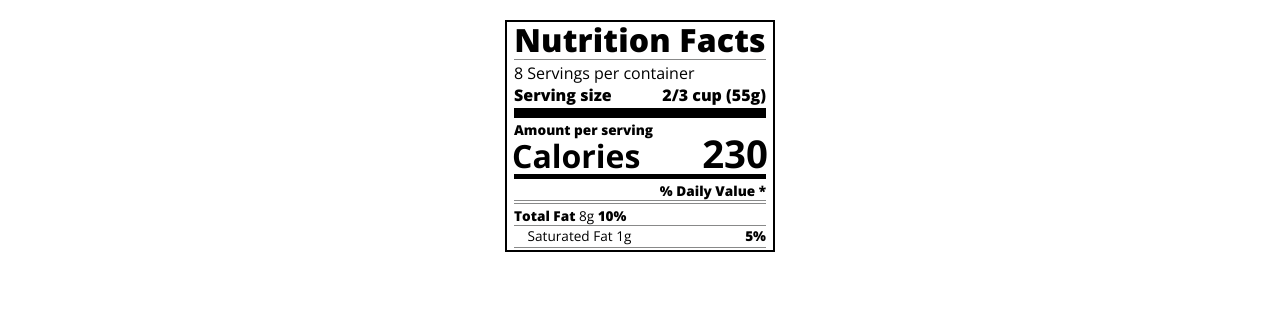
Repository: Lungdjos/typography
Page: index.html
These files come from the project's save history. The page is drawn as it stood at one moment and after a run of saves; the edit follows.
The browser window is 1280 px wide. The pictures show the whole page.

Above is the page before, as saved 2023-10-28 02:10:29.

### index.html
<!DOCTYPE html>
<html lang="en">

<head>
    <meta charset="UTF-8">
    <meta name="viewport" content="width=device-width, initial-scale=1.0">
    <title>Nutrition Label</title>
    <link rel="stylesheet" href="styles.css">
    <link rel="stylesheet" href="https://fonts.googleapis.com/css?family=Open+Sans:400,700,800">
</head>

<body>
    <div class="label">
        <header>
            <h1 class="bold">Nutrition Facts</h1>
            <div class="divider"></div>
            <p>8 Servings per container</p>
            <p class="bold">Serving size <span>2/3 cup (55g)</span></p>
        </header>
        <div class="divider large"></div>
        <div class="calories-info">
            <div class="left-container">
                <h2 class="bold small-text">Amount per serving</h2>
                <p>Calories</p>
            </div>
            <span>230</span>
        </div>
        <div class="divider medium"></div>
        <div class="daily-value small-text">
            <p class="bold right">% Daily Value *</p>
            <div class="divider"></div>
            <p><span><span class="bold">Total Fat</span> 8g <span class="bold">10%</span></span>
            </p>
            <p class="indent no-divider">Saturated Fat 1g <span class="bold">5%</span></p>
            <div class="divider"></div>
        </div>
    </div>

</body>

</html>

### styles.css
body {
    font-family: "Open Sans", sans-serif;
}

html {
    font-size: 16px;
}

.label {
    border: 2px solid black;
    width: 270px;
    margin: 20px auto;
    padding: 0 7px;
}

* {
    box-sizing: border-box;
}

header h1 {
    text-align: center;
    margin: -4px 0;
    letter-spacing: .15PX;
}

p {
    margin: 0;
    display: flex;
    justify-content: space-between;
}

.divider {
    border-bottom: 1px solid #888989;
    margin: 2px 0;
}

.bold {
    font-weight: 800;
}

.large {
    height: 10px;
}

.large,
.medium {
    background-color: black;
    border: 0;
}

.small-text {
    font-size: .85rem;
}

.calories-info h2 {
    margin: 0;
}

.calories-info {
    display: flex;
    justify-content: space-between;
    align-items: flex-end;
}

.left-container p {
    margin: -5px -2px;
    font-size: 2em;
    font-weight: 700;
}

.calories-info span {
    font-size: 2.4em;
    font-weight: 700;
    margin: -7px -2px;
}

.medium {
    height: 5px;
}

.right {
    justify-content: flex-end;
}

.indent {
    margin-left: 1em;
}

.daily-value p:not(.no-divider) {
    border-bottom: 1px solid #888989;
}

After the next 4 saves:
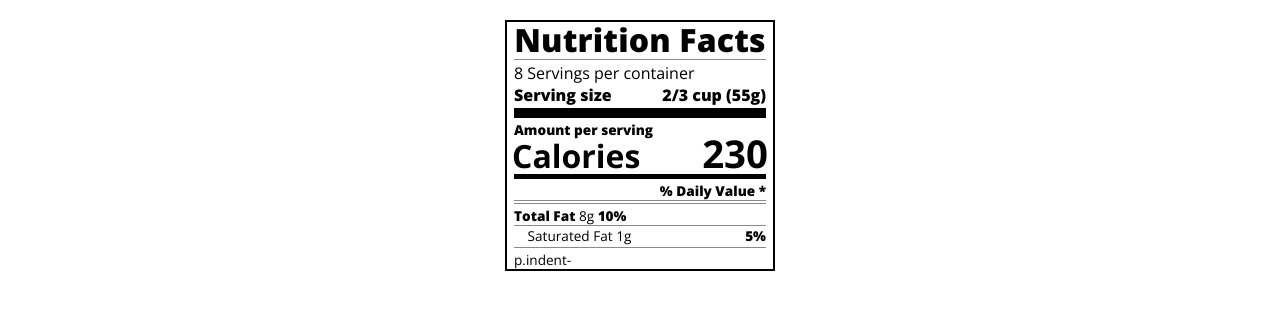
The 4 saves are shown as one change because they came seconds apart.
The last was saved 72 s later.
--- a/index.html
+++ b/index.html
@@ -33,6 +33,7 @@
             </p>
             <p class="indent no-divider">Saturated Fat 1g <span class="bold">5%</span></p>
             <div class="divider"></div>
+            p.indent-
         </div>
     </div>
 

After the 3 saves that followed:
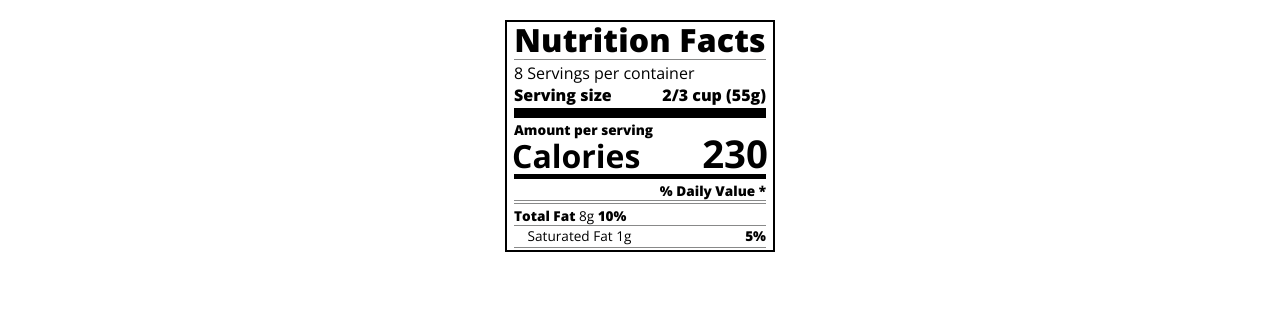
The 3 saves are shown as one change because they came seconds apart.
The last was saved 10 s later.
--- a/index.html
+++ b/index.html
@@ -33,7 +33,7 @@
             </p>
             <p class="indent no-divider">Saturated Fat 1g <span class="bold">5%</span></p>
             <div class="divider"></div>
-            p.indent-
+            <p class="indent no-divider"></p>
         </div>
     </div>
 
